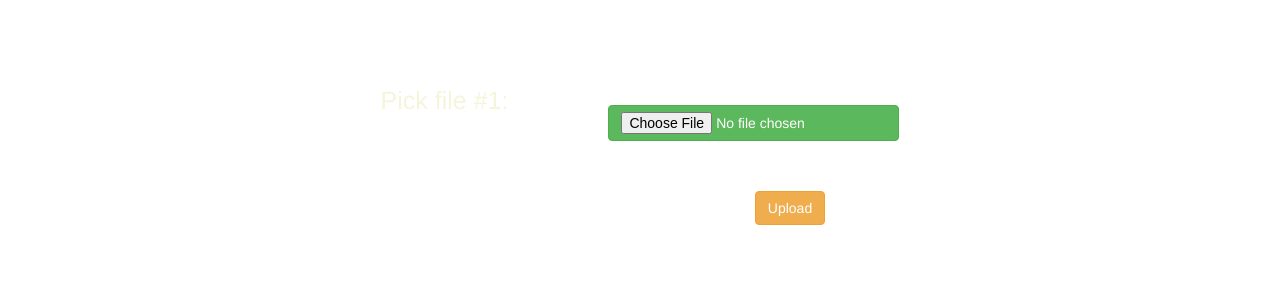
Repository: 123poornima/UpdatedSecondProject
Page: frontendPro/WebContent/_user/uploadPicture.html
These files come from the project's save history. The page is drawn as it stood at one moment and after the next save; the edit follows.
The browser window is 1280 px wide. The pictures show the whole page.

Above is the page before, as saved 2017-01-17 05:11:43.

### frontendPro/WebContent/_user/uploadPicture.html
<!DOCTYPE html>
<html>
<head>
<meta charset="ISO-8859-1">
<title>Insert title here</title>
<link rel="stylesheet" href="http://maxcdn.bootstrapcdn.com/bootstrap/3.3.7/css/bootstrap.min.css">

<!-- jQuery library -->
<script src="https://ajax.googleapis.com/ajax/libs/jquery/1.12.4/jquery.min.js"></script>

<!-- Latest compiled JavaScript -->
<script src="http://maxcdn.bootstrapcdn.com/bootstrap/3.3.7/js/bootstrap.min.js"></script>
</head>
<body>
<div align="center">
        <form method="post" action="http://localhost:8085/backendPro/doUpload" enctype="multipart/form-data">
            <table border="0">
                <tr style="color:#F5F5DC">
                    <td style="color:#F5F5DC;font-size:25px;margin-top:100px">Pick file #1:</td>
                    <td><input style="margin-top:45px;margin-left:100px" class="btn btn-success" type="file" name="fileUpload" /></td>
                    <br>
                </tr>
             <br>

                <tr>
                 <br>
                    <td colspan="2" align="center"><input style="margin-top:50px;margin-left:300px" class="btn btn-warning" type="submit" value="Upload" /></td>
                </tr>


            </table>
        </form>
    </div>
</body>
</html>

After the next save:
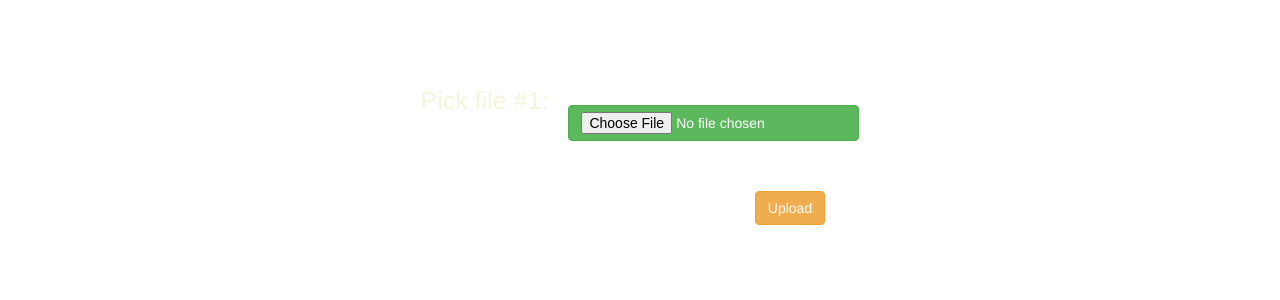
Saved 34 s later.
--- a/frontendPro/WebContent/_user/uploadPicture.html
+++ b/frontendPro/WebContent/_user/uploadPicture.html
@@ -17,7 +17,7 @@
             <table border="0">
                 <tr style="color:#F5F5DC">
                     <td style="color:#F5F5DC;font-size:25px;margin-top:100px">Pick file #1:</td>
-                    <td><input style="margin-top:45px;margin-left:100px" class="btn btn-success" type="file" name="fileUpload" /></td>
+                    <td><input style="margin-top:45px;margin-left:20px" class="btn btn-success" type="file" name="fileUpload" /></td>
                     <br>
                 </tr>
              <br>
